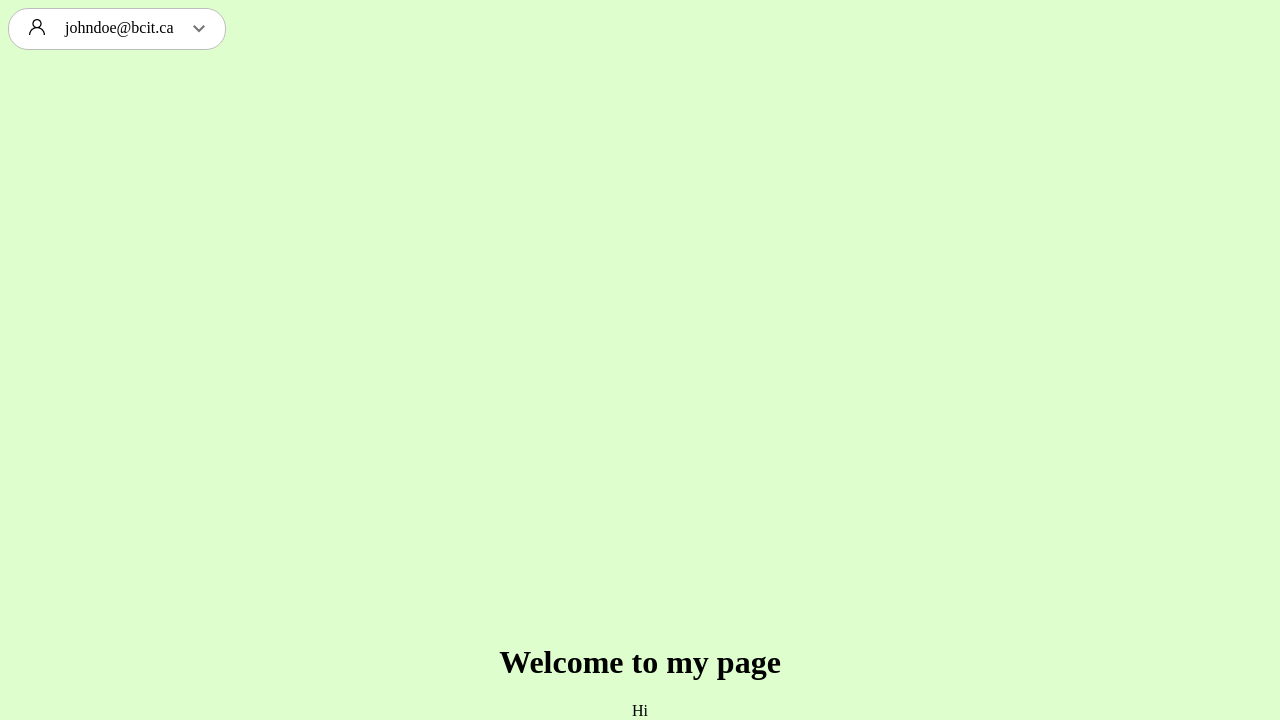
Repository: yafugray/practicemdia3126
Page: /
These files come from the project's save history. The page is drawn as it stood at one moment and after a run of saves; the edit follows.
The browser window is 1280 px wide. The pictures show the whole page.
The project was rebuilt for these pictures with package versions that can differ from the ones it lists, and the page was loaded fresh each time. The framework's server and built-in components were replaced by stand-ins that run in the browser.

Above is the page before, as saved 2020-12-19 00:40:00.

### pages/index.js
import React, {useState} from 'react';
import Menu from '../comps/Menu'
import Content from '../comps/Content'

export default function Home() {

  const [contentColor, setContentColor] = useState(false);
  const [contentImage, setContentImage] = useState(false);

  const HandleMenu = (str) =>{
    // capture what happened in the menu and change the page state based on it
      alert(str);
      if(str==="bg") {
        setContentColor("#DCA877");
      }
      if(str==="img") {
        setContentImage("src='/maho.png'")
      }
  }
  return <div className="home">

    <div className="content">
      <Content bgcolor={contentColor} bgimg={contentImage}>
        <h1>Welcome to my page</h1>
        <div>Hi</div>
      </Content>
    </div>

    <div className="menu">
      <Menu onMenuSelect={HandleMenu} />
    </div>
  </div>
}

### pages/app.scss
// body {
//     background-color: aquamarine;
// }

//you can make a global variable. then you can use it into index.scss. you don't want to messup, so you should use it.
$fs:20px;

//you know, you have to put this flex box so many times over and over again, but if you make it global with @mixin and function name -> then include it in index.scss, then it works.
//this can reduce amount of your writing codes and length.
@mixin flexIt{
    display: flex;
    justify-content: center;
    align-items: center;
}

@import './index.scss';
// it helps you make better usable style.

### comps/Menu/index.js

import React, {useState, useEffect} from 'react';
import styled from 'styled-components';
//useEffect - beginning lifecycle, update the lifecycle and end the lifecycle

const Container = styled.div`
    display:inline-flex;
    flex-direction:column;
`;
const DropDownMenu = styled.div`
    border: 1px solid #BDBDBD;
    box-sizing: border-box;
    border-radius: 20px;
    display:inline-flex;
    justify-content:center;
    align-items:center;
    cursor:pointer;
    background-color: #FFF;
    transition:background-color 0.5s;
    &:hover{
        background-color:#DDD;
    }
`;

const DropDownBox = styled.div`
    width:100%;
    padding:10px;
    display:flex;
    div {
        margin:0 10px;

    }
`;

const Expand = styled.div`
    background: #FFFFFF;
    border: 1px solid #EAEAEA;
    box-sizing: border-box;
    box-shadow: 5px 0px 18px rgba(0, 0, 0, 0.08);
    display:${props=>props.expanded ? "inline-flex" : "hidden" };
    height:${props=>props.expanded ? "auto" : "0px" };
    font-size:${props=>props.expanded ? "18px" : "0px" };
    opacity:${props=>props.expanded ? 1 : 0 };
    transition:opacity 0.5s;
    flex-direction:column;
    margin-top:10px;
    div{
        padding:${props=>props.expanded ? "10px 15px" : "0px" };
        margin:${props=>props.expanded ? "5px 0" : "0px" };
        cursor: pointer;
        &:hover {
            background-color:#DDD;
        }
    }
`;

const ExpandedIcon = styled.img`
transition: transform 0.3s;
    transform: ${props=>props.expanded ? "rotate(180deg)" : "none"};
`;

const Menu = ({expand, onMenuSelect}) =>{
    //when you useState, if you put expand instead of 'false', it will be working only once.
    const [expanded, setExpanded] = useState(false);

    // when our components have configuration changed
    //But if you use useEffect, you can use expand instead of 'false' and it will be working repeatedely.
    useEffect(()=>{
        setExpanded(expand);
    },[expand])

    return <Container>
        <DropDownMenu onClick={()=> (
            setExpanded(!expanded)
            //click -> true
            //click -> false(default, start)
        )}>
            <DropDownBox>
                <div><img src='/profile.png'></img></div>
                <div>johndoe@bcit.ca</div>
                <div><ExpandedIcon src="/expand.png" expanded={expanded}/></div>
            </DropDownBox>
        </DropDownMenu>

        <Expand expanded={expanded}>
            <div onClick={()=>{
                onMenuSelect("bg");
            }}>Change BG Color</div>
            <div onClick={()=>{
                onMenuSelect("img");
            }}>Change BG Image</div>
            <div onClick={()=>{
                onMenuSelect("help");
            }}>Help</div>
        </Expand>
    </Container>
}

 Menu.defaultProps = {
    expand:false
 }

 export default Menu;

 //step 1, Setup
 //step 2, style it out
 //step 3, figure out the state that style associated
 //step 4, make it configure
 //step 5, work on the pages and build the layout
 //step 6, use interactions to make components to pass information to the pages. e.g. onclick is the interactions, and it will excute 'onMenuSelect' function and will go through the pages and tell them with 'str'. if str === bg or img or help, it will take an motion based on it.

### comps/Content/index.js
import React from 'react';
import styled from 'styled-components';
//useEffect - beginning lifecycle, update the lifecycle and end the lifecycle


const Container = styled.div`
    width:100%;
    height:100%;
    background-color:${props=>props.bgcolor ? props.bgcolor : "#DEFECD"};
    min-height:10px;
    min-height:10px;
`;

const ImgContainer = styled.div`
    width:100%;
    height:100%;
    min-width:400px;
    display:flex;
    justify-content:center;
    align-items:center;
    background: src="/maho.png"
`;

const Content = ({children, bgcolor, bgimg}) => {
    return <Container bgcolor={bgcolor}>
            <ImgContainer bgimg={bgimg} ></ImgContainer>
            {children}
    </Container>
}

Content.defaultProps = {
    bgcolor:"#DEFECD",
    bgimg:"src='/maho.png'"
}

export default Content;

### pages/index.scss
.home {
    .menu {
        position: relative;
        z-index: 2;
    }
    .content {
        position:fixed;
        left:0;
        top:0;
        width: 100vw;
        height: 100vh;
        z-index: -1;

        &>div{
            @include flexIt();
            flex-direction:column;
        }
    }
}

Loaded but not shown: pages/_app.js (common file)

After the next 2 saves:
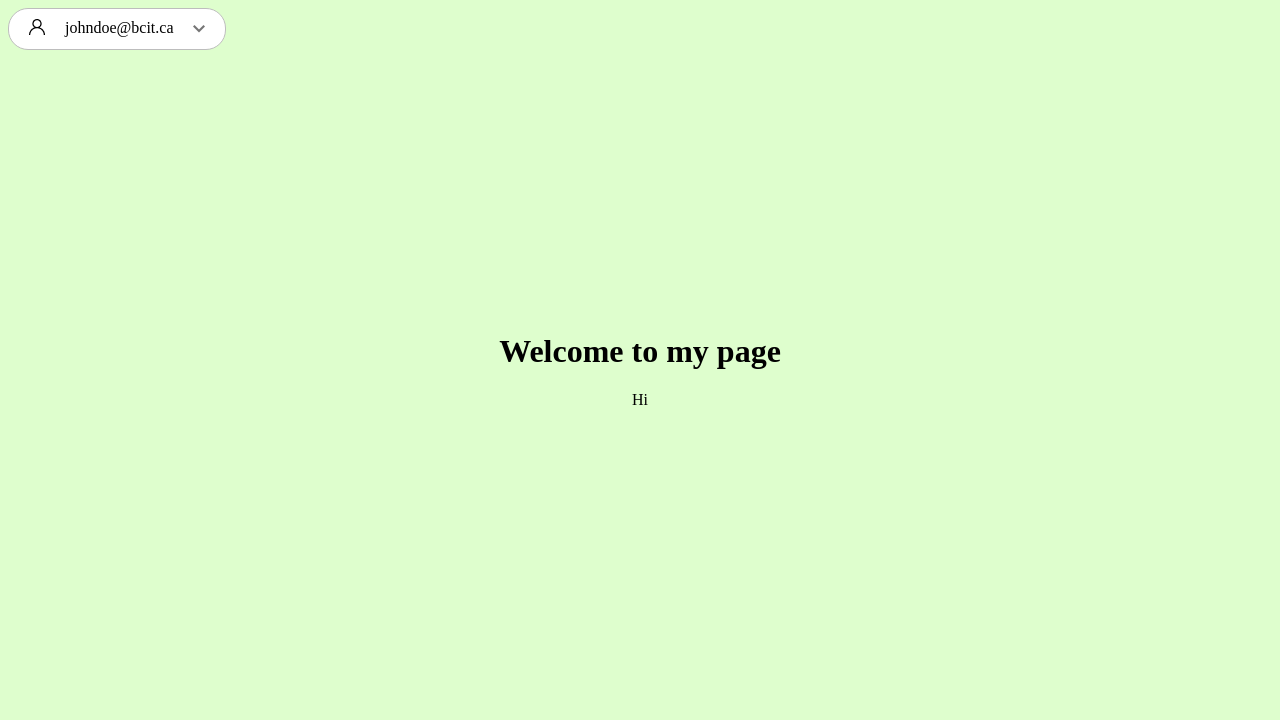
The 2 saves are shown as one change because they came seconds apart.
The last was saved 27 s later.
--- a/comps/Content/index.js
+++ b/comps/Content/index.js
@@ -12,9 +12,8 @@ const Container = styled.div`
 `;
 
 const ImgContainer = styled.div`
-    width:100%;
-    height:100%;
-    min-width:400px;
+    width:400px
+    height:auto;
     display:flex;
     justify-content:center;
     align-items:center;
